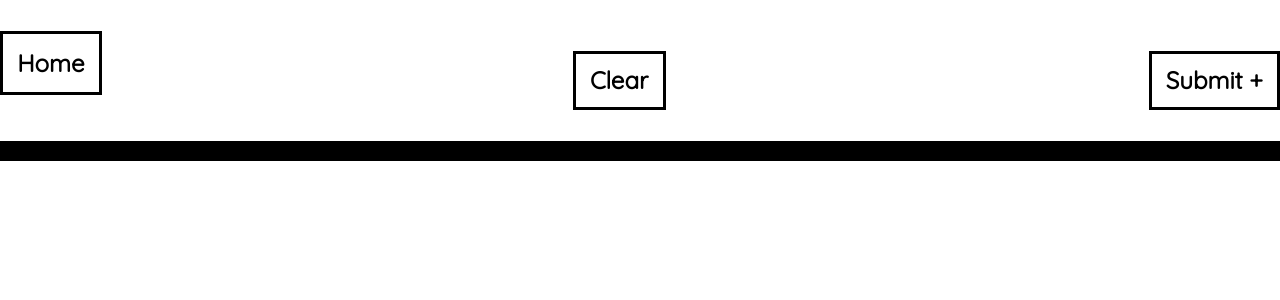
Repository: rickypcyt/WebMural
Page: /
An editor plug-in stored every save of this project. The page is shown before and after a run of saves, followed by the edit.
The browser window is 1280 px wide. The pictures show the whole page.
The project was rebuilt for these pictures with package versions that can differ from the ones it lists, and the page was loaded fresh each time.

Above is the page before, as saved 2022-09-12 13:15:45.

### src/index.js
import React from "react";
import ReactDOM from "react-dom/client";
import "./index.css";
import WebMural from "./Pages/WebMural";
import reportWebVitals from "./reportWebVitals";
import { BrowserRouter, Routes, Route, Switch } from "react-router-dom";

const root = ReactDOM.createRoot(document.getElementById("root"));
root.render(
  <React.StrictMode>
    <BrowserRouter>
      <WebMural />
    </BrowserRouter>
  </React.StrictMode>
);

// If you want to start measuring performance in your app, pass a function
// to log results (for example: reportWebVitals(console.log))
// or send to an analytics endpoint. Learn more: https://bit.ly/CRA-vitals
reportWebVitals();

### src/index.css
@import url("https://fonts.googleapis.com/css2?family=Quicksand");

input[type="file"] {
  display: none;
}
.container {
  top: 0%;
  left: 0%;
}
::marker {
  display: none;
}
.image-container {
  width: 100%;
  margin: auto;
  display: flex;
  flex-direction: row;
  justify-content: space-evenly;
  gap: 15px;
  padding: 10px;
  background-color: black;

}

body {
  line-height: 1;
  font-family: "Quicksand";
  font-size: large;
  margin: 0%;
  margin-top: 4%;
  padding: 0%;
}
main{
  top: 10%;

}
ol {
  list-style: none;
  display: flex;
  padding: 0;
  justify-content: space-between;
  align-items: flex-start;
  display: flex;
  flex-wrap: wrap;
  align-content: center;
}
.content {
  position: absolute;
  right: calc(var(--pad) * 2);
  bottom: calc(var(--pad) * 2);
  white-space: nowrap;
}
.parrafo {
  line-height: 1.5;
  text-align: end;
  font-size: larger;
}
.parrafo span {
  display: block;
}
.titulo {
  margin: 0;
}
.oli {
  font-weight: bold;
  border-style: solid;
  font-size: x-large;
  padding: 1ch;
}
.descripcion {
  font-weight: lighter;
  font-style: oblique;
}
.oli:hover {
  color: black;
  border-style: dotted;
}
.page {
  padding-top: 2%;
  padding-bottom: 3%;
}
.pageContact {
  padding-top: 8%;
  padding-bottom: 9%;
}
.cabeceranavi {
  padding-bottom: 1%;
}
p {
  font-weight: bold;
}
a {
  color: black;
  text-decoration: none;
  padding: 0ch;
}
span {
  font-size: larger;
}
li {
  width: 7%;
  height: 10%;
}
ul {
  list-style-type: none;
  margin: 0%;
  display: flex;
  align-items: center;
  flex-direction: row;
  padding-top: 5%;
  padding-bottom: 5%;
  padding-left: 0%;
  justify-content: space-around;
}
.imagenes {
  display: block;
  height: auto;
  width: auto;
  padding-top: 5%;
  padding-bottom: 5%;
}

.imagenesproyect {
  position: relative;
}
.fixer {
  display: flex;
  flex-direction: row;
  justify-content: space-evenly;
  padding-bottom: 3%;
}
.overlay {
  position: absolute;
  top: 0.83cm;

  background: rgb(0, 0, 0);
  background: rgb(2, 0.3, 0.9, 0.6); /* Black see-through */
  color: #f1f1f1;
  width: 100%;
  transition: 0.5s ease;
  color: white;
  text-align: center;
  font-size: 20px;
  padding-top: 20px;
  padding-bottom: 20px;
  opacity: 0;
}
.imagenesproyect:hover .overlay {
  opacity: 1;
}
.overlay2 {
  position: absolute;
  bottom: 8%;
  background: rgb(0, 0, 0);
  background: rgba(40, 40, 40, 0.6); /* Black see-through */
  color: #f1f1f1;
  width: 100%;
  transition: 0.5s ease;
  color: white;
  text-align: center;
  font-size: 20px;
  padding-top: 20px;
  padding-bottom: 20px;
  opacity: 0;
}
.imagenesproyect:hover .overlay2 {
  opacity: 1;
}

.homeinfo {
  font-size: x-large;
}

@media screen and (max-width: 1340px) {
  .fixer {
    flex-direction: column;
    justify-content: center;
  }
  .imagenes {
    height: auto;
    width: 100%;
  }
  ol {
  }
}

.image-container {
  width: auto;
  margin: auto;
  /* display: flex; */
  flex-wrap: wrap;
  gap: 15px;
  padding: 10px;
}

.image-container img {
  max-width: 100%;
  max-height: 225px;
}

.container .image-container .image {
  border: 4px solid black;
  overflow: hidden;
  /* cursor: pointer; */
}

.container .image-container .image img {
  height: 100%;
  width: 100%;
}
@media (max-width: 700px) {
  .image-container img {
    max-height: -10px;
  }
}

.image:hover {
  transform: scale(1.15); /* (150% zoom - Note: if the zoom is too large, it will go outside of the viewport) */
}

.oli:hover {
  transform: scale(1.15); /* (150% zoom - Note: if the zoom is too large, it will go outside of the viewport) */
}

### src/Pages/WebMural.js
import React, { useState } from "react";
import { Link, useMatch, useResolvedPath } from "react-router-dom";

const UploadAndDisplayImage = () => {
  const [selectedFiles, setSelectedFiles] = useState([]);
  const handleImageChange = (e) => {
    setSelectedFiles([]);
    if (e.target.files) {
      const filesArray = Array.from(e.target.files).map((file) =>
        URL.createObjectURL(file)
      );
      setSelectedFiles((prevImages) => prevImages.concat(filesArray));
      Array.from(e.target.files).map((file) => URL.revokeObjectURL(file));
    }
  };

  const renderPhotos = (source) => {
    return source.map((photo) => {
      return (
        <div class="container">
          <figure class="image-container">
            <img className="image" src={photo} alt="" key={photo} />
          </figure>
        </div>
      );
    });
  };

  return (
    <main>
      <nav className="cabeceranavi">
        <ol>
          <CustomLink to="/" className="oli">
            Home
          </CustomLink>
          <div className="oli" onClick={() => handleImageChange(null)}>
            Clear
          </div>
          <label for="upload-button">
            <nav>
              <input
                type="file"
                id="upload-button"
                multiple="multiple"
                accept="image/*"
                onChange={handleImageChange}
              />
              <div class="oli"> Submit + </div>
            </nav>
          </label>
        </ol>
      </nav>
      {selectedFiles && (
        <div>
          <div class="image-container">{renderPhotos(selectedFiles)}</div>
        </div>
      )}
    </main>
  );
};

export default UploadAndDisplayImage;

function CustomLink({ to, children, ...props }) {
  const resolvedPath = useResolvedPath(to);
  const isActive = useMatch({ path: resolvedPath.pathname, end: true });
  return (
    <li className={isActive ? "active" : ""}>
      <Link to={to} {...props}>
        {children}
      </Link>
    </li>
  );
}

Loaded but not shown: public/index.html (common file); src/reportWebVitals.js (common file)

After the next 2 saves:
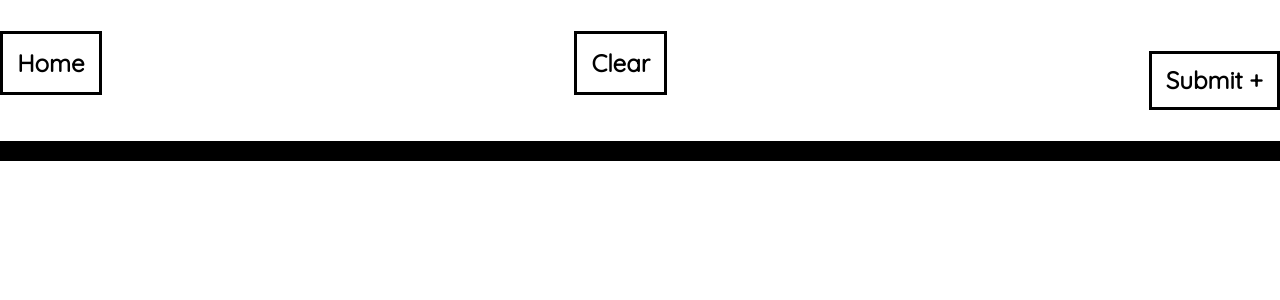
The 2 saves are shown as one change because they came seconds apart.
The last was saved 39 s later.
--- a/src/Pages/WebMural.js
+++ b/src/Pages/WebMural.js
@@ -33,9 +33,9 @@ const UploadAndDisplayImage = () => {
           <CustomLink to="/" className="oli">
             Home
           </CustomLink>
-          <div className="oli" onClick={() => handleImageChange(null)}>
+          <CustomLink className="oli" onClick={() => handleImageChange(null)}>
             Clear
-          </div>
+          </CustomLink>
           <label for="upload-button">
             <nav>
               <input
